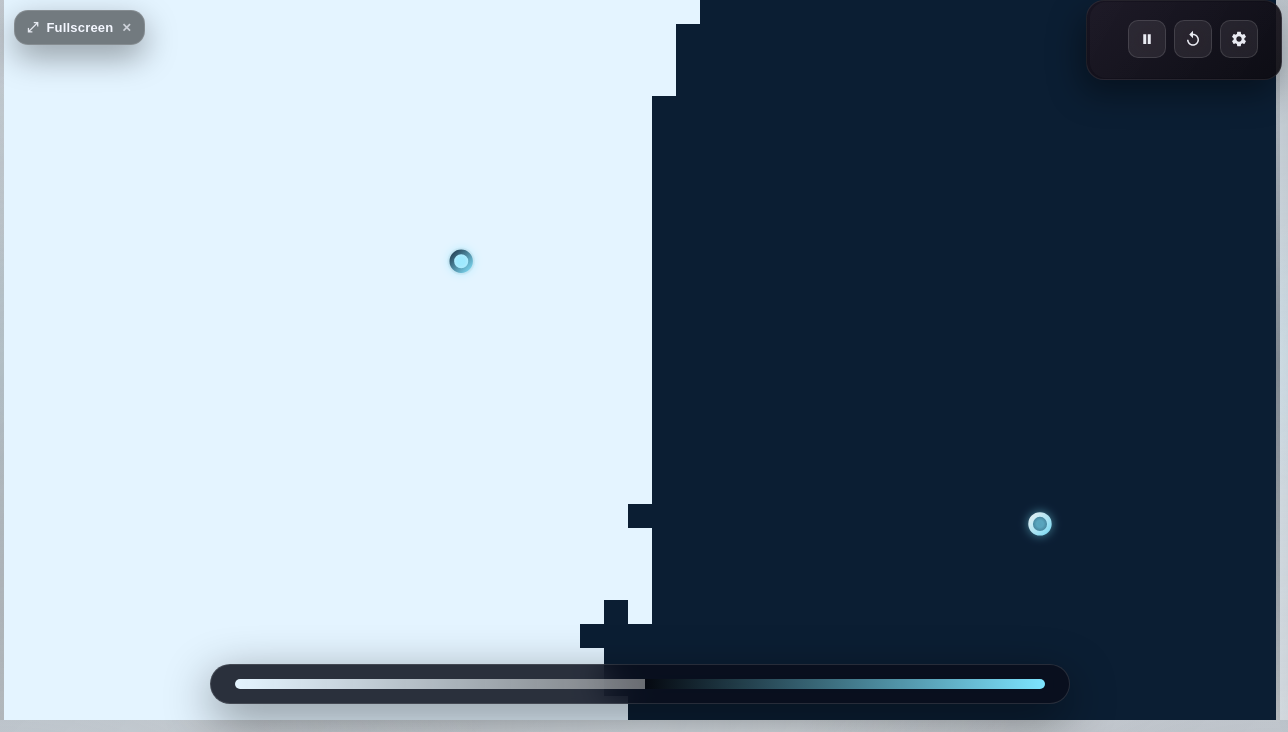
Repository: trevor050/pong
Page: index.html
The author's editor kept a copy of each file at every save. The page is drawn from the files as they stood at one save, then again after the next save.
The browser window is 1280 px wide. The page is 1288 px wide, so the pictures cover 1288 px, including what lies to the right of the window. The pictures show the whole page.

Above is the page before, as saved 2025-12-07 01:59:35.

### index.html
<!DOCTYPE html>
<html lang="en">
<head>
  <meta charset="UTF-8">
  <meta name="viewport" content="width=device-width, initial-scale=1.0">
  <title>Day / Nite Drift</title>
  <meta name="description" content="A calmer Pong Wars loop made for second screens.">
  <meta name="theme-color" content="#0b3a67">
  <meta name="mobile-web-app-capable" content="yes">
  <meta name="apple-mobile-web-app-capable" content="yes">
  <link rel="preconnect" href="https://fonts.googleapis.com">
  <link rel="preconnect" href="https://fonts.gstatic.com" crossorigin>
  <link href="https://fonts.googleapis.com/css2?family=Space+Grotesk:wght@400;500;600&family=Manrope:wght@400;600&display=swap" rel="stylesheet">
  <link rel="stylesheet" href="styles.css">
</head>
<body>
  <div class="bg"></div>
  <div class="chrome-controls" id="chromeControls">
    <button id="playPauseBtn" class="glass-icon" data-state="playing" aria-label="Pause" title="Pause">
      <svg class="icon-svg icon-play" viewBox="0 0 24 24" aria-hidden="true"><path d="M7 5.5v13l11-6.5L7 5.5Z" /></svg>
      <svg class="icon-svg icon-pause" viewBox="0 0 24 24" aria-hidden="true"><path d="M7 5.5h4v13H7zm6 0h4v13h-4z" /></svg>
    </button>
    <button id="resetBtn" class="glass-icon" aria-label="Reset simulation" title="Reset simulation">
      <svg class="icon-svg" viewBox="0 0 24 24" aria-hidden="true"><path d="M12 5V1L7 6l5 5V7c3.31 0 6 2.69 6 6s-2.69 6-6 6-6-2.69-6-6H4c0 4.42 3.58 8 8 8s8-3.58 8-8-3.58-8-8-8z"/></svg>
    </button>
    <button id="configBtn" class="glass-icon" aria-label="Open settings" title="Settings">
      <svg class="icon-svg" viewBox="0 0 24 24" fill="currentColor" aria-hidden="true"><path d="M19.14,12.94c0.04-0.3,0.06-0.61,0.06-0.94c0-0.32-0.02-0.64-0.07-0.94l2.03-1.58c0.18-0.14,0.23-0.41,0.12-0.61 l-1.92-3.32c-0.12-0.22-0.37-0.29-0.59-0.22l-2.39,0.96c-0.5-0.38-1.03-0.7-1.62-0.94L14.4,2.81c-0.04-0.24-0.24-0.41-0.48-0.41 h-3.84c-0.24,0-0.43,0.17-0.47,0.41L9.25,5.35C8.66,5.59,8.12,5.92,7.63,6.29L5.24,5.33c-0.22-0.08-0.47,0-0.59,0.22L2.74,8.87 C2.62,9.08,2.66,9.34,2.86,9.48l2.03,1.58C4.84,11.36,4.8,11.69,4.8,12s0.02,0.64,0.07,0.94l-2.03,1.58 c-0.18,0.14-0.23,0.41-0.12,0.61l1.92,3.32c0.12,0.22,0.37,0.29,0.59,0.22l2.39-0.96c0.5,0.38,1.03,0.7,1.62,0.94l0.36,2.54 c0.05,0.24,0.24,0.41,0.48,0.41h3.84c0.24,0,0.44-0.17,0.47-0.41l0.36-2.54c0.59-0.24,1.13-0.56,1.62-0.94l2.39,0.96 c0.22,0.08,0.47,0,0.59-0.22l1.92-3.32c0.12-0.22,0.07-0.47-0.12-0.61L19.14,12.94z M12,15.6c-1.98,0-3.6-1.62-3.6-3.6 s1.62-3.6,3.6-3.6s3.6,1.62,3.6,3.6S13.98,15.6,12,15.6z"/></svg>
    </button>
  </div>
  <main class="shell">
    <div class="canvas-frame" id="canvasFrame">
      <canvas id="gameCanvas" width="720" height="720"></canvas>
      <button class="fullscreen-hint" id="fullscreenHint" title="Enter fullscreen" aria-label="Enter fullscreen">
        <span class="hint-icon">⤢</span> <span class="hint-text">Fullscreen</span> <span class="hint-dismiss">✕</span>
      </button>
      <div class="score-notch" id="scoreNotch">
        <div class="score-notch__bar">
          <div class="score-notch__day"></div>
          <div class="score-notch__night"></div>
        </div>
        <div class="score-notch__labels">
          <span class="score-pair">
            <span class="pill pill--day" aria-hidden="true"></span>
            <span class="score" id="dayScoreLabel">Day 0</span>
          </span>
          <span class="score-pair">
            <span class="pill pill--night" aria-hidden="true"></span>
            <span class="score" id="nightScoreLabel">Night 0</span>
          </span>
        </div>
      </div>
      <div class="drag-handle corner-handle corner-handle--tl" data-corner="tl"></div>
      <div class="drag-handle corner-handle corner-handle--tr" data-corner="tr"></div>
      <div class="drag-handle corner-handle corner-handle--bl" data-corner="bl"></div>
      <div class="drag-handle corner-handle corner-handle--br" data-corner="br"></div>
    </div>
  </main>

  <div class="drawer-overlay" id="drawerOverlay" aria-hidden="true"></div>
  <aside class="drawer" id="configPanel" aria-label="Settings">
    <div class="drawer__header">
      <div>
        <p class="eyebrow">Settings</p>
        <h2>Dial it in</h2>
      </div>
      <button id="closeConfig" class="icon-btn" aria-label="Close settings" title="Close">×</button>
    </div>

    <div class="drawer__quick">
      <button id="drawerPlayPause" class="chip">Pause</button>
      <button id="drawerReset" class="chip">Reset</button>
      <button id="drawerFullscreen" class="chip">Fullscreen</button>
    </div>

    <label class="field">
      <span>Preset</span>
      <select id="themeSelect"></select>
    </label>

    <div class="field grid">
      <label>
        <span>Day</span>
        <input type="color" id="dayColorInput" value="#e4f4ff">
      </label>
      <label>
        <span>Night</span>
        <input type="color" id="nightColorInput" value="#0b1e33">
      </label>
    </div>

    <div class="field slider-field" title="Tile size / density">
      <div>
        <span>Tile size</span>
        <small id="tileSizeValue">22px</small>
      </div>
      <input type="range" id="tileSizeInput" min="0" max="100" step="1" value="45">
    </div>

    <div class="field slider-field" title="Overall speed mood (lofi → push)">
      <div>
        <span>Speed mood</span>
        <small id="speedValue">1.00x</small>
      </div>
      <input type="range" id="speedInput" min="0" max="100" step="1" value="40">
    </div>

    <div class="field slider-field" title="Chaos / wobble: more randomness to motion">
      <div>
        <span>Chaos / wobble</span>
        <small id="chaosValue">0.14</small>
      </div>
      <input type="range" id="chaosInput" min="0" max="100" step="1" value="40">
    </div>

        <div class="field">
      <span>Ball style</span>
      <select id="ballStyleSelect">
        <option value="ring">Neon Glow</option>
        <option value="solid">Solid Fill</option>
        <option value="design">Geometric</option>
        <option value="artsy">Motion Trail</option>
      </select>
    </div>

    <div class="drawer__actions">
      <button id="scatterBtn" class="chip">Scatter start</button>
      <button id="swapSidesBtn" class="chip">Swap sides</button>
    </div>
  </aside>

  <script src="script.js" defer></script>
</body>
</html>

### styles.css
:root {
  --day: #f7f2e9;
  --night: #0b3a67;
  --accent: #f08c42;
  --ink: #0c1224;
  --muted: #9aa3b2;
  --panel: rgba(8, 12, 22, 0.78);
  --frost: rgba(255, 255, 255, 0.08);
  --frost-strong: rgba(255, 255, 255, 0.12);
  --radius: 16px;
  --glow: 0 16px 44px rgba(0, 0, 0, 0.5);
  --chrome-panel: rgba(26, 20, 32, 0.92);
  --chrome-panel-highlight: rgba(255, 255, 255, 0.05);
}

*,
*::before,
*::after {
  box-sizing: border-box;
}

body {
  margin: 0;
  min-height: 100vh;
  font-family: "Space Grotesk", "Manrope", system-ui, -apple-system, sans-serif;
  background: radial-gradient(120% 120% at 12% 10%, #0c1526, #050911 55%, #03070f 100%);
  color: #e9edf5;
  overflow: hidden;
}

.bg {
  position: fixed;
  inset: 0;
  pointer-events: none;
  background: radial-gradient(80% 70% at 18% 12%, rgba(255, 255, 255, 0.12), transparent 42%),
    radial-gradient(70% 70% at 78% 10%, rgba(255, 255, 255, 0.08), transparent 38%),
    radial-gradient(120% 120% at 50% 82%, rgba(0, 0, 0, 0.45), transparent 78%);
  opacity: 0.8;
}

.chrome-controls {
  position: fixed;
  top: 14px;
  right: 16px;
  display: flex;
  gap: 10px;
  z-index: 10;
  align-items: center;
  padding: 10px 12px;
}

.chrome-controls::before {
  content: "";
  position: absolute;
  inset: -8px -10px -10px -24px;
  border-radius: 18px;
  background: linear-gradient(145deg, var(--chrome-panel), rgba(12, 10, 16, 0.92));
  border: 1px solid rgba(255, 255, 255, 0.08);
  box-shadow: -6px 14px 32px rgba(0, 0, 0, 0.38);
  clip-path: path("M0 0 H100% V70% C74% 74% 64% 96% 50% 96% C36% 96% 24% 74% 0 72% Z");
  backdrop-filter: blur(16px) saturate(115%);
  pointer-events: none;
  z-index: 0;
}

.chrome-controls::after {
  content: "";
  position: absolute;
  inset: -6px -8px -8px -20px;
  border-radius: 16px;
  background: linear-gradient(120deg, var(--chrome-panel-highlight), rgba(255, 255, 255, 0.02));
  clip-path: path("M0 0 H100% V70% C74% 74% 64% 96% 50% 96% C36% 96% 24% 74% 0 72% Z");
  opacity: 0.55;
  pointer-events: none;
  z-index: 0;
}

.chrome-controls > * {
  position: relative;
  z-index: 1;
}

.chrome-controls.hidden {
  opacity: 0;
  pointer-events: none;
}

.is-immersive .chrome-controls {
  right: 8px;
  top: 8px;
  padding: 12px 14px 12px 18px;
  gap: 8px;
  backdrop-filter: blur(12px) saturate(120%);
}

.is-immersive .glass-icon {
  width: 38px;
  height: 38px;
  border-radius: 10px;
  background: rgba(255,255,255,0.08);
  border: 1px solid rgba(255, 255, 255, 0.12);
  box-shadow: none;
}

.is-immersive .icon-svg {
  width: 18px;
  height: 18px;
}

.is-immersive .score-notch {
  position: fixed;
  left: 50%;
  transform: translateX(-50%);
  bottom: 28px;
  width: 420px;
  max-width: 420px;
  background: rgba(10, 14, 26, 0.85);
  border: 1px solid rgba(255, 255, 255, 0.12);
  border-radius: 20px;
  padding: 14px 24px;
  backdrop-filter: blur(16px) saturate(130%);
  box-shadow: 0 12px 40px rgba(0, 0, 0, 0.6);
}

.is-immersive .score-notch__labels {
  display: none;
}

.is-immersive .score-notch__bar {
  height: 10px;
  background: rgba(0, 0, 0, 0.3);
  margin-bottom: 0;
}

.shell {
  display: grid;
  place-items: center;
  padding: 0;
  height: 100vh;
}

.is-immersive .shell {
  align-items: start;
  justify-items: center;
}

.canvas-frame {
  position: relative;
  border-radius: var(--radius);
  background: linear-gradient(150deg, rgba(255, 255, 255, 0.06), rgba(255, 255, 255, 0.02));
  border: 1px solid rgba(255, 255, 255, 0.08);
  backdrop-filter: blur(10px) saturate(120%);
  box-shadow: 0 18px 60px rgba(0, 0, 0, 0.48), inset 0 1px 0 rgba(255, 255, 255, 0.05);
  overflow: visible;
  display: flex;
  align-items: center;
  justify-content: center;
  min-width: 420px;
  min-height: 420px;
  max-width: calc(100vw - 48px);
  max-height: calc(100vh - 48px);
  isolation: isolate;
}

.canvas-frame::after {
  content: "";
  position: absolute;
  left: 50%;
  transform: translateX(-50%);
  bottom: -68px;
  width: 340px;
  height: 68px;
  border-radius: 0 0 28px 28px;
  background: linear-gradient(180deg, rgba(10, 14, 26, 0.95), rgba(6, 10, 20, 0.98));
  border: 1px solid rgba(255, 255, 255, 0.1);
  box-shadow: 0 18px 60px rgba(0, 0, 0, 0.45);
  backdrop-filter: blur(20px) saturate(130%);
  pointer-events: none;
  z-index: 0;
}

canvas {
  width: 100%;
  height: 100%;
  display: block;
  image-rendering: crisp-edges;
  border-radius: var(--radius);
  position: relative;
  z-index: 1;
}

.score-notch {
  position: absolute;
  left: 50%;
  transform: translateX(-50%);
  bottom: -54px;
  width: 300px;
  background: transparent;
  border: none;
  padding: 10px 20px;
  box-shadow: none;
  backdrop-filter: none;
  z-index: 5;
  pointer-events: none;
}

.score-notch::before {
  display: none;
}

.score-notch.overlay {
  left: 12px;
  right: 12px;
  transform: none;
  bottom: 12px;
  width: auto;
  border-radius: 18px;
}

.score-notch.overlay::before {
  display: none;
}

.is-immersive .canvas-frame {
  max-width: 100vw;
  max-height: 100vh;
  border-radius: 0;
  border: none;
  background: transparent;
  backdrop-filter: none;
  box-shadow: none;
}

.is-immersive .canvas-frame::after {
  display: none;
}

.is-immersive canvas {
  border-radius: 0;
}

.is-immersive .score-notch {
  position: fixed;
  left: 50%;
  transform: translateX(-50%);
  bottom: 24px;
  width: min(860px, 86vw);
  max-width: none;
  border-radius: 20px;
  box-shadow: 0 14px 48px rgba(0, 0, 0, 0.45);
}

.is-immersive .score-notch::before {
  display: none;
}

.is-immersive .score-notch.overlay {
  bottom: 16px;
}

/* Removed .is-immersive .score-notch__labels and .is-immersive .score-notch__bar overrides as they are handled above */

.score-notch__bar {
  position: relative;
  height: 8px;
  border-radius: 999px;
  overflow: hidden;
  background: rgba(0, 0, 0, 0.3);
  margin-bottom: 10px;
}

.score-notch__day,
.score-notch__night {
  position: absolute;
  top: 0;
  bottom: 0;
}

.score-notch__day {
  left: 0;
  background: linear-gradient(90deg, var(--day), rgba(255, 255, 255, 0.4));
}

.score-notch__night {
  right: 0;
  background: linear-gradient(90deg, rgba(0, 0, 0, 0.2), var(--accent));
}

.score-notch__labels {
  display: flex;
  justify-content: space-between;
  align-items: center;
  gap: 8px;
}

.score {
  font-weight: 600;
  letter-spacing: 0.3px;
  font-size: 13px;
  color: #f5f8ff;
}

.score-pair {
  display: inline-flex;
  align-items: center;
  gap: 6px;
  padding: 4px 8px;
  border-radius: 12px;
  background: rgba(255, 255, 255, 0.06);
  border: 1px solid rgba(255, 255, 255, 0.1);
}

.pill {
  width: 12px;
  height: 12px;
  border-radius: 50%;
  border: 1px solid rgba(255, 255, 255, 0.5);
  box-shadow: 0 0 0 2px rgba(255, 255, 255, 0.05);
}

.pill--day {
  background: var(--day);
}

.pill--night {
  background: var(--night);
}

.chip {
  border: 1px solid rgba(255, 255, 255, 0.15);
  background: rgba(255, 255, 255, 0.04);
  color: #f9fbff;
  padding: 10px 16px;
  border-radius: 999px;
  font-weight: 600;
  letter-spacing: 0.2px;
  cursor: pointer;
  box-shadow: 0 10px 24px rgba(0, 0, 0, 0.28);
  white-space: nowrap;
  display: flex;
  align-items: center;
  justify-content: center;
}

.chip--accent {
  background: var(--accent);
  color: #0d0f1a;
  border: none;
}

.glass-icon {
  width: 46px;
  height: 46px;
  border-radius: 14px;
  border: 1px solid rgba(255, 255, 255, 0.18);
  background: linear-gradient(150deg, rgba(255, 255, 255, 0.18), rgba(255, 255, 255, 0.06));
  color: #f6f8ff;
  box-shadow: 0 10px 26px rgba(0, 0, 0, 0.3), inset 0 1px 0 rgba(255, 255, 255, 0.2);
  backdrop-filter: blur(12px) saturate(120%);
  display: grid;
  place-items: center;
  cursor: pointer;
  transition: transform 120ms ease, box-shadow 120ms ease, border-color 120ms ease;
}

.glass-icon--accent {
  background: linear-gradient(150deg, rgba(240, 140, 66, 0.4), rgba(255, 255, 255, 0.08));
  border-color: rgba(240, 140, 66, 0.5);
  color: #0f0c11;
}

.glass-icon.is-active {
  box-shadow: 0 12px 30px rgba(0, 0, 0, 0.4);
  border-color: rgba(255, 255, 255, 0.3);
}

.glass-icon:hover {
  transform: translateY(-1px);
  box-shadow: 0 14px 30px rgba(0, 0, 0, 0.34);
}

.glass-icon:active {
  transform: translateY(0);
}

.icon-svg {
  width: 22px;
  height: 22px;
  fill: currentColor;
  opacity: 0.94;
}

#playPauseBtn[data-state="playing"] .icon-play {
  display: none;
}

#playPauseBtn[data-state="paused"] .icon-pause {
  display: none;
}

body.drawer-open #chromeControls {
  opacity: 0;
  pointer-events: none;
}

.drawer {
  position: fixed;
  top: 0;
  right: -360px;
  width: 320px;
  height: 100vh;
  padding: 18px 18px 22px;
  background: var(--panel);
  backdrop-filter: blur(14px) saturate(120%);
  border-left: 1px solid rgba(255, 255, 255, 0.08);
  box-shadow: -8px 0 30px rgba(0, 0, 0, 0.35);
  display: flex;
  flex-direction: column;
  gap: 12px;
  transition: right 0.18s ease-out;
  z-index: 9;
}

.drawer-overlay {
  position: fixed;
  inset: 0;
  background: rgba(0, 0, 0, 0.36);
  backdrop-filter: blur(4px);
  opacity: 0;
  pointer-events: none;
  transition: opacity 0.18s ease-out;
  z-index: 8;
}

.drawer-overlay.visible {
  opacity: 1;
  pointer-events: auto;
}

.drawer__quick {
  display: grid;
  grid-template-columns: repeat(3, minmax(0, 1fr));
  gap: 8px;
}

.drawer.open {
  right: 0;
}

.drawer__header {
  display: flex;
  justify-content: space-between;
  align-items: center;
  gap: 10px;
}

.eyebrow {
  text-transform: uppercase;
  letter-spacing: 1.2px;
  font-size: 11px;
  color: var(--muted);
  margin: 0 0 4px;
}

h2 {
  margin: 0;
  font-weight: 600;
  letter-spacing: 0.2px;
}

.field {
  display: flex;
  flex-direction: column;
  gap: 8px;
}

.field + .field {
  margin-top: 6px;
}

.field span {
  color: #f4f5f7;
  font-weight: 600;
}

.field small {
  color: var(--muted);
}

.field.grid {
  display: grid;
  grid-template-columns: repeat(2, minmax(0, 1fr));
  gap: 10px;
}

.field.grid label {
  gap: 10px;
  padding-top: 6px;
}

input[type="color"],
select,
input[type="range"] {
  width: 100%;
  border-radius: 10px;
  border: 1px solid rgba(255, 255, 255, 0.1);
  background: rgba(255, 255, 255, 0.04);
  color: #f8f9fb;
  padding: 10px;
  font: inherit;
}

input[type="color"] {
  padding: 4px;
  height: 44px;
}

select {
  cursor: pointer;
}

.slider-field input[type="range"] {
  -webkit-appearance: none;
  appearance: none;
  height: 12px;
  background: rgba(255, 255, 255, 0.1);
  border-radius: 999px;
  padding: 0;
}

.slider-field input[type="range"]::-webkit-slider-thumb {
  -webkit-appearance: none;
  appearance: none;
  width: 20px;
  height: 20px;
  border-radius: 50%;
  background: var(--accent);
  border: 2px solid #0c1224;
  cursor: pointer;
}

.slider-field input[type="range"]::-moz-range-thumb {
  width: 20px;
  height: 20px;
  border-radius: 50%;
  background: var(--accent);
  border: 2px solid #0c1224;
  cursor: pointer;
}

.drawer__actions {
  display: flex;
  gap: 8px;
  margin-top: auto;
}

.icon-btn {
  width: 32px;
  height: 32px;
  border-radius: 10px;
  border: 1px solid rgba(255, 255, 255, 0.18);
  background: rgba(255, 255, 255, 0.06);
  color: #f9fafc;
  font-size: 20px;
  cursor: pointer;
  box-shadow: 0 8px 22px rgba(0, 0, 0, 0.28);
}

.drag-handle {
  position: absolute;
  background: transparent;
  z-index: 5;
}

.corner-handle {
  width: 32px;
  height: 32px;
  border-radius: 50%;
  border: none;
  background: transparent;
  box-shadow: none;
  display: grid;
  place-items: center;
}

.corner-handle::after {
  content: "";
  display: none;
}

.corner-handle--tl {
  top: -12px;
  left: -12px;
  cursor: nwse-resize;
}

.corner-handle--tr {
  top: -12px;
  right: -12px;
  cursor: nesw-resize;
}

.corner-handle--bl {
  bottom: -12px;
  left: -12px;
  cursor: nesw-resize;
}

.corner-handle--br {
  bottom: -12px;
  right: -12px;
  cursor: nwse-resize;
}

.fullscreen-hint {
  position: absolute;
  top: 10px;
  left: 10px;
  padding: 8px 12px;
  border-radius: 14px;
  border: 1px solid rgba(255, 255, 255, 0.14);
  background: rgba(0, 0, 0, 0.5);
  color: #f4f7ff;
  font-weight: 600;
  letter-spacing: 0.2px;
  box-shadow: 0 12px 32px rgba(0, 0, 0, 0.36);
  display: flex;
  align-items: center;
  gap: 8px;
  cursor: pointer;
  opacity: 0;
  pointer-events: none;
  transition: opacity 140ms ease, transform 140ms ease;
  transform: translateY(-4px);
  z-index: 3;
}

.fullscreen-hint.visible {
  opacity: 1;
  pointer-events: auto;
  transform: translateY(0);
}

.hint-icon {
  font-size: 14px;
  opacity: 0.9;
}

.hint-text {
  font-size: 13px;
}

.hint-dismiss {
  font-size: 12px;
  opacity: 0.7;
}

.field span {
  padding-bottom: 2px;
  line-height: 1.25;
}

@media (max-width: 900px) {
  .shell {
    padding: 12px;
  }

  .canvas-frame {
    max-width: 95vw;
    max-height: 70vh;
  }

  .drawer {
    width: 100%;
    right: -100%;
  }
}

Loaded but not shown: script.js (862 lines, source omitted)

After the next save:
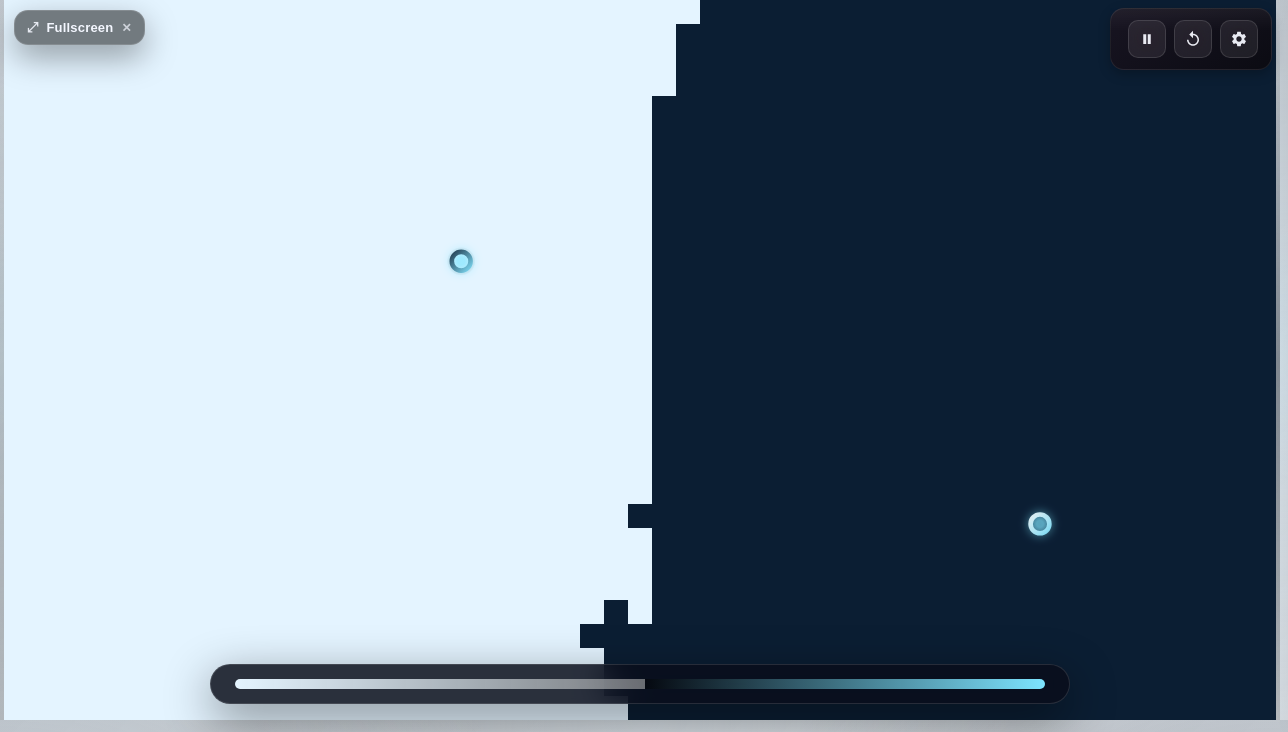
Saved 38 s later.
--- a/styles.css
+++ b/styles.css
@@ -52,12 +52,11 @@ body {
 .chrome-controls::before {
   content: "";
   position: absolute;
-  inset: -8px -10px -10px -24px;
-  border-radius: 18px;
+  inset: 0;
+  border-radius: 14px;
   background: linear-gradient(145deg, var(--chrome-panel), rgba(12, 10, 16, 0.92));
   border: 1px solid rgba(255, 255, 255, 0.08);
-  box-shadow: -6px 14px 32px rgba(0, 0, 0, 0.38);
-  clip-path: path("M0 0 H100% V70% C74% 74% 64% 96% 50% 96% C36% 96% 24% 74% 0 72% Z");
+  box-shadow: 0 4px 12px rgba(0, 0, 0, 0.25);
   backdrop-filter: blur(16px) saturate(115%);
   pointer-events: none;
   z-index: 0;
@@ -66,11 +65,9 @@ body {
 .chrome-controls::after {
   content: "";
   position: absolute;
-  inset: -6px -8px -8px -20px;
-  border-radius: 16px;
-  background: linear-gradient(120deg, var(--chrome-panel-highlight), rgba(255, 255, 255, 0.02));
-  clip-path: path("M0 0 H100% V70% C74% 74% 64% 96% 50% 96% C36% 96% 24% 74% 0 72% Z");
-  opacity: 0.55;
+  inset: 0;
+  border-radius: 14px;
+  background: linear-gradient(180deg, rgba(255, 255, 255, 0.05), transparent 40%);
   pointer-events: none;
   z-index: 0;
 }
